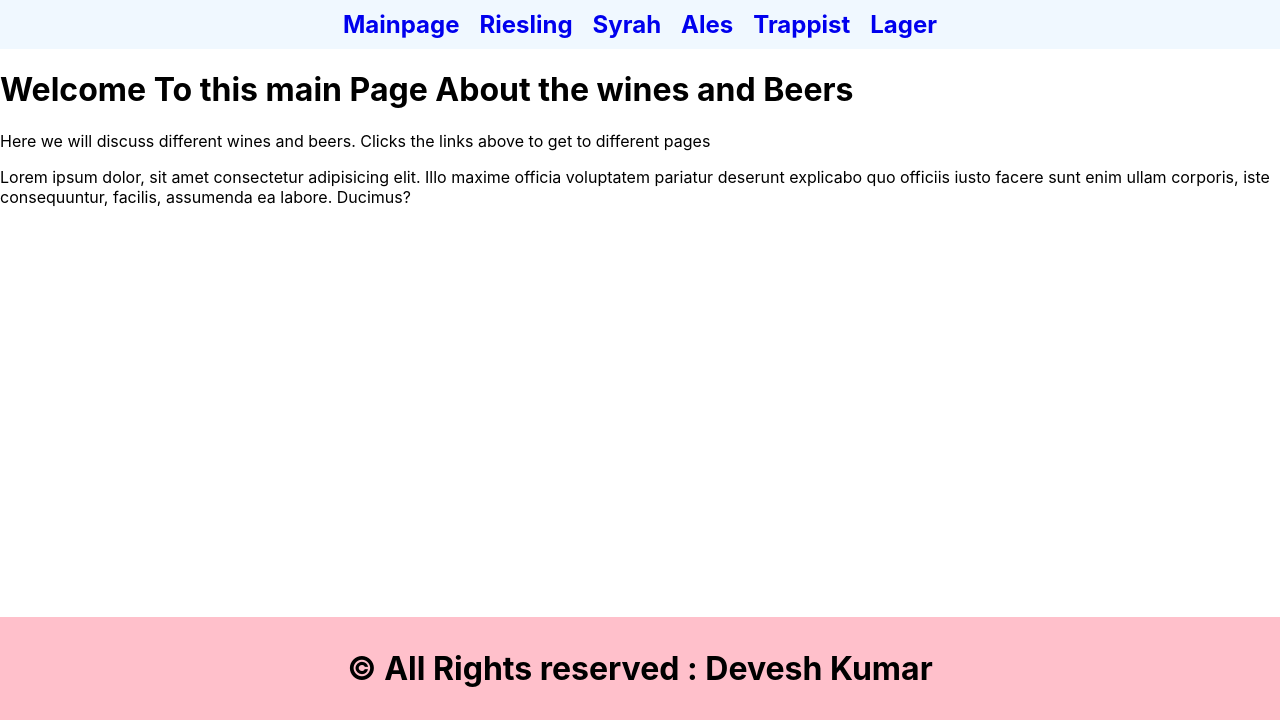
Repository: portretrieve/react-practice
Page: /
An editor plug-in stored every save of this project. The page is shown before and after the next save, followed by the edit.
The browser window is 1280 px wide. The pictures show the whole page.
The project was rebuilt for these pictures with package versions that can differ from the ones it lists, and the page was loaded fresh each time. Also part of the build but not shown: src/wines/Riesling.js, src/wines/Syrah.js, src/beers/Ale.js, src/beers/Lager.js, src/beers/Trappist.js.

Above is the page before, as saved 2021-08-26 19:37:56.

After the next save:
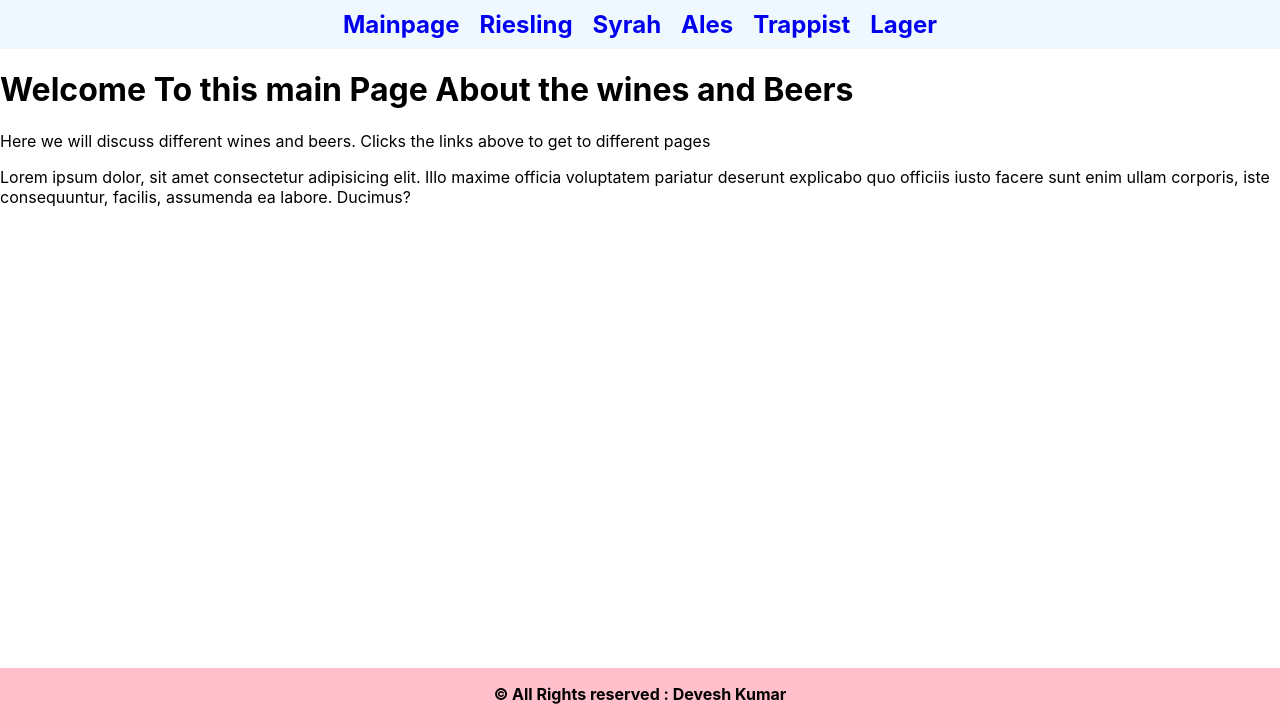
Saved 18 s later.
--- a/src/navigation/footer.module.css
+++ b/src/navigation/footer.module.css
@@ -2,7 +2,6 @@
     text-align: center;
     background-color: pink;
     font-weight: 700;
-    font-size: 2rem;
     position: fixed;
     bottom: 0;
     left: 0;
